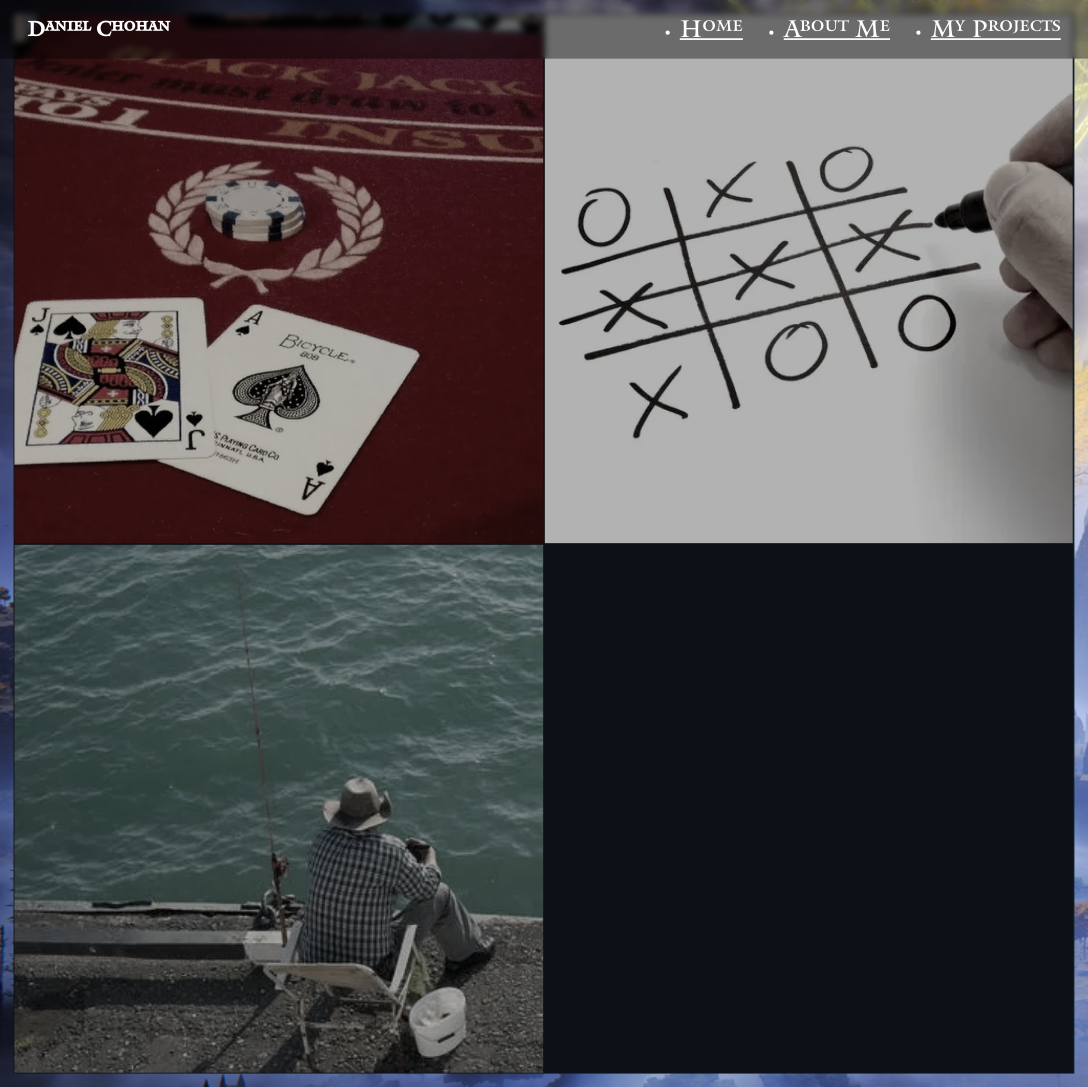
Repository: danielchohan/danielchohan
Page: pages/projects.html
The author's editor kept a copy of each file at every save. The page is drawn from the files as they stood at one save, then again after the next save.
The browser window is 1280 px wide. The pictures show the whole page, at 85% of full size.

Above is the page before, as saved 2026-05-08 18:04:08.

After the next save:
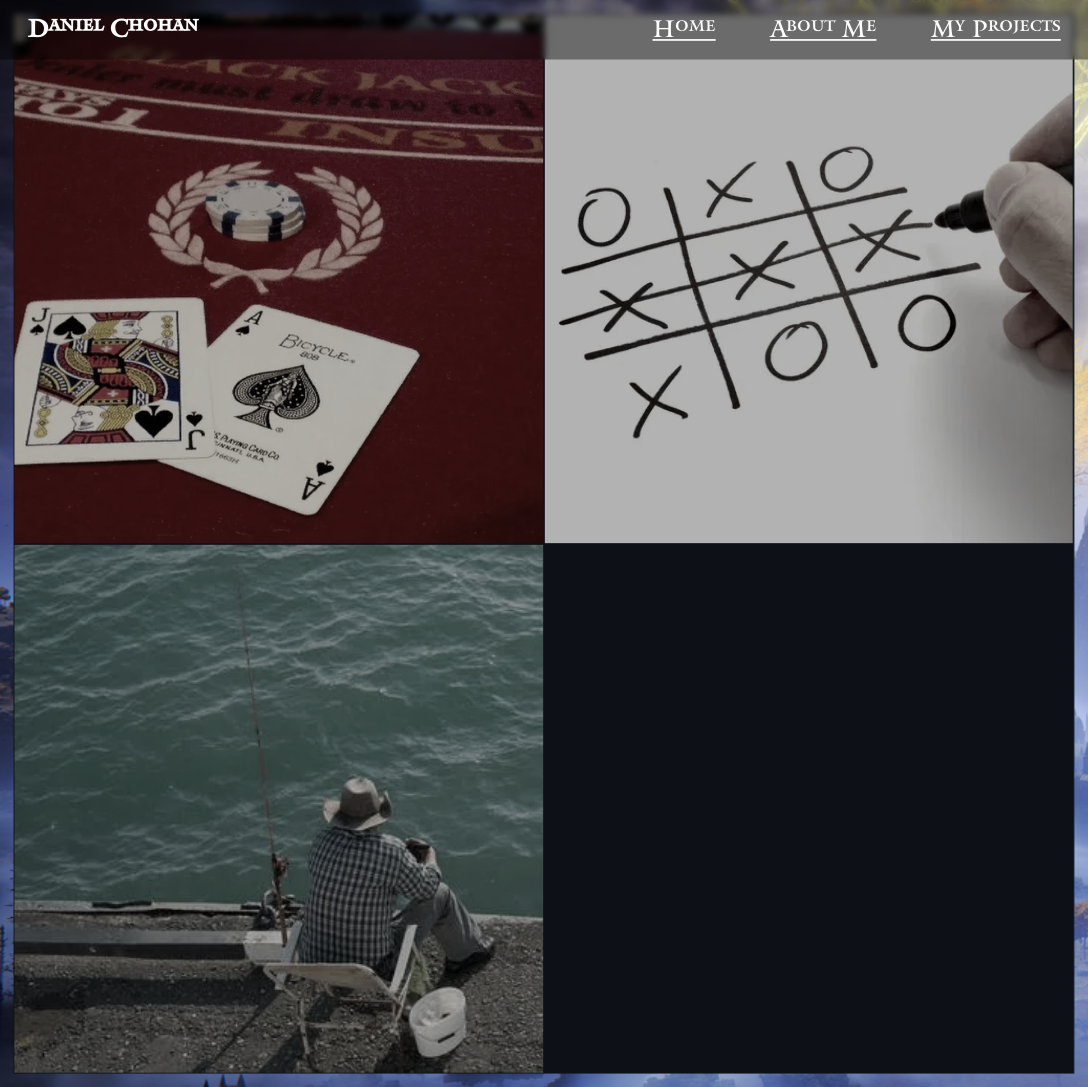
Saved 11 s later.
--- a/styles/global.css
+++ b/styles/global.css
@@ -72,7 +72,17 @@
     }
     .navlinks{
         display:flex;
+        list-style: none;
         gap:3rem;
     }
+}
+@media(min-width:1024px){
+    .navlinks{
+        gap:4rem;
+    }
+    .logo{
+        font-size:1.8rem;
+    }
+
 
 }
